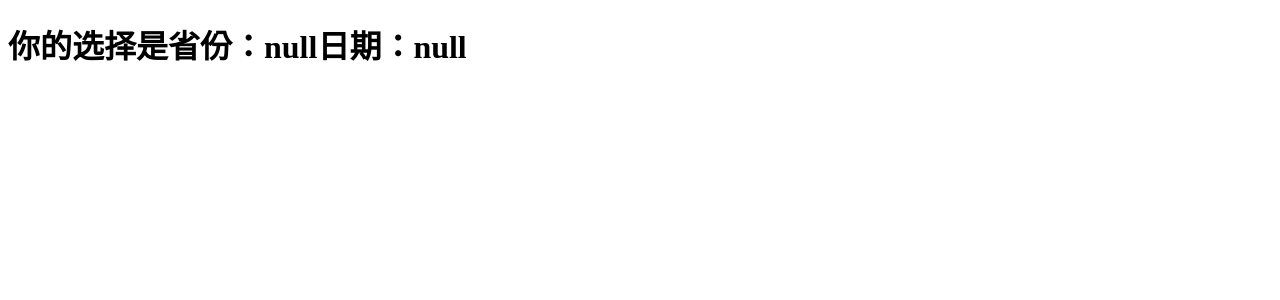
Repository: yz990219/InfectStatisticWeb
Page: http://localhost/MyInfectStatisticWeb/province.jsp
An editor plug-in stored every save of this project. The page is shown before and after the next save, followed by the edit.
The browser window is 1280 px wide. The pictures show the whole page.
The page is served by Tomcat 9. Other server files are loaded and not shown.

Above is the page before, as saved 2020-03-13 16:17:51.

### MyInfectStatisticWeb/WebContent/province.jsp
<%@ page language="java" contentType="text/html; charset=utf-8"
	pageEncoding="utf-8"%>
<%@ page import="hw2.*"%>
<%@ page import="java.util.*"%>
<!DOCTYPE html>
<html>
<head>
<title>Insert title here</title>
</head>
<body>
<h1>你的选择是省份：<%=request.getParameter("provinceName") %>日期：<%=request.getParameter("date") %></h1>
</body>
</html>

After the next save:
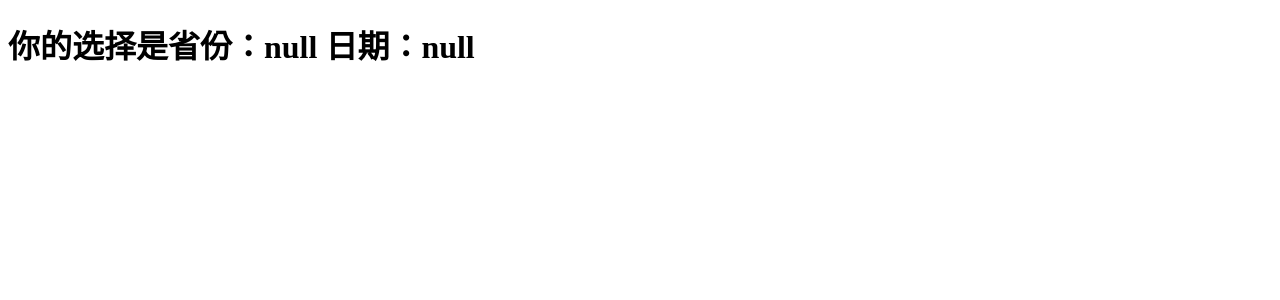
Saved 17 s later.
--- a/MyInfectStatisticWeb/WebContent/province.jsp
+++ b/MyInfectStatisticWeb/WebContent/province.jsp
@@ -8,6 +8,6 @@
 <title>Insert title here</title>
 </head>
 <body>
-<h1>你的选择是省份：<%=request.getParameter("provinceName") %>日期：<%=request.getParameter("date") %></h1>
+<h1>你的选择是省份：<%=request.getParameter("provinceName") %> 日期：<%=request.getParameter("date") %></h1>
 </body>
 </html>
